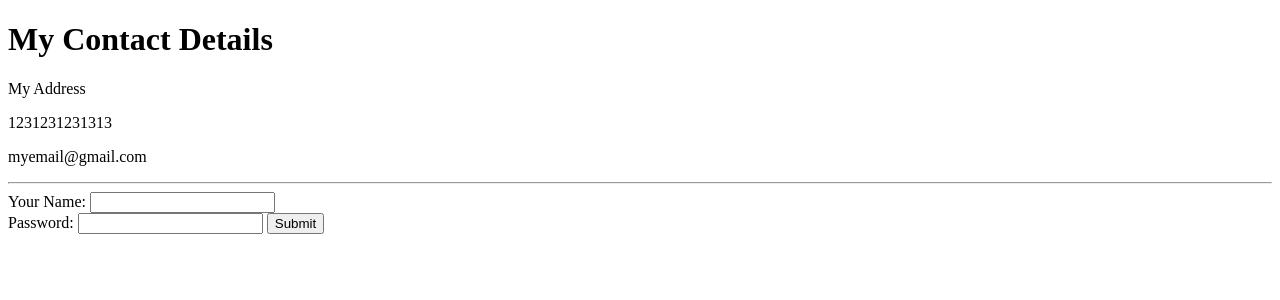
Repository: Isanderr/simple_landing_page-1
Page: contact.html
An editor plug-in stored every save of this project. The page is shown before and after the next save, followed by the edit.
The browser window is 1280 px wide. The pictures show the whole page.

Above is the page before, as saved 2019-01-29 09:45:38.

After the next save:
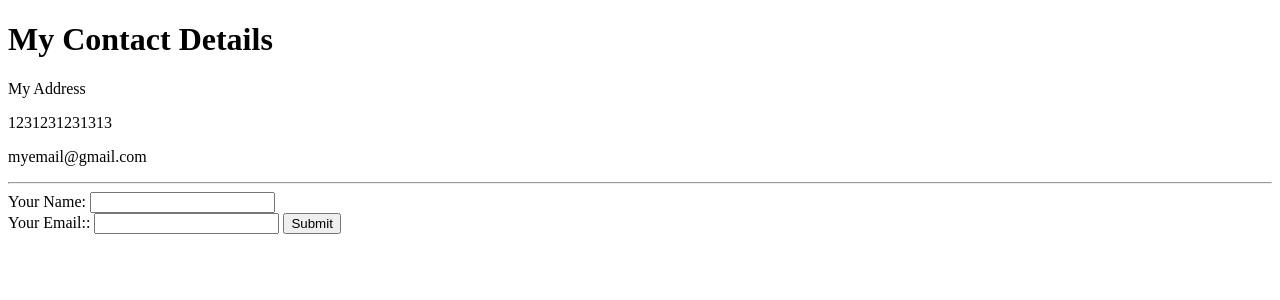
Saved 28 s later.
--- a/contact.html
+++ b/contact.html
@@ -15,9 +15,9 @@
         <p>myemail@gmail.com</p>
         <hr>
         <form action="" class="" method="POST">
-            <label>Your Name: </label>
+            <label>Your Name:</label>
             <input type="text"><br>
-            <label for="">Password: </label>
+            <label for="">Your Email:: </label>
             <input type="password">
             <input type="submit">
         </form>
